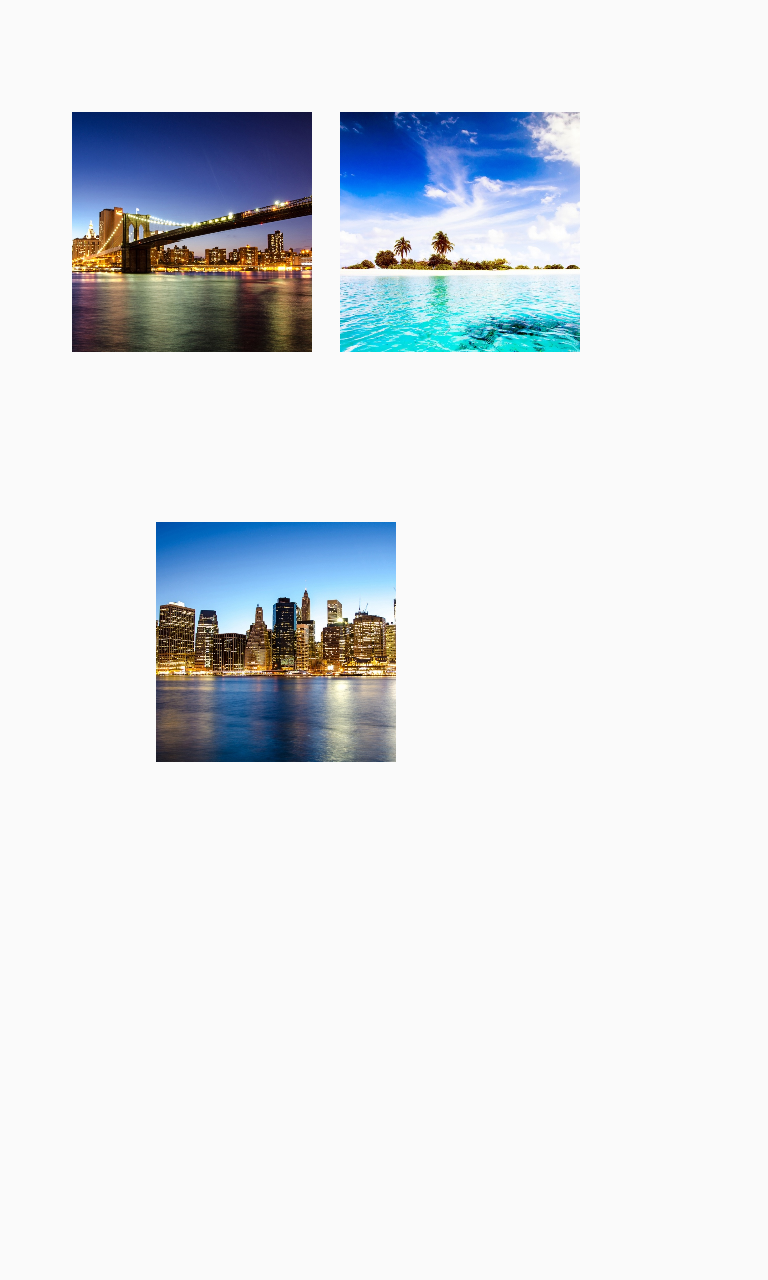
Repository: MarcSelles/nPuzzle10447768
Layout: NPuzzle10447768/res/layout/activity_main.xml
These files come from the project's save history. The layout is drawn as it stood at one moment and after the next save; the edit follows.
It is drawn on a 768 x 1280 px phone screen (xhdpi) without system bars, with theme AppTheme; the app's code is not run.

Above is the layout before, as saved 2014-11-22 17:58:18.

### NPuzzle10447768/res/layout/activity_main.xml
<RelativeLayout xmlns:android="http://schemas.android.com/apk/res/android"
    xmlns:tools="http://schemas.android.com/tools"
    android:layout_width="match_parent"
    android:layout_height="match_parent"
    android:paddingBottom="@dimen/activity_vertical_margin"
    android:paddingLeft="@dimen/activity_horizontal_margin"
    android:paddingRight="@dimen/activity_horizontal_margin"
    android:paddingTop="@dimen/activity_vertical_margin"
    tools:context="nl.mprog.projects.NPuzzle10447768.MainActivity" >

    <ImageView
        android:id="@+id/imageView1"
        android:layout_width="120dp"
        android:layout_height="120dp"
        android:layout_alignParentLeft="true"
        android:layout_alignParentTop="true"
        android:layout_marginLeft="20dp"
        android:layout_marginTop="40dp"
        android:scaleType="fitXY"
        android:src="@drawable/brooklyn_bridge" />

    <ImageView
        android:id="@+id/imageView2"
        android:layout_width="120dp"
        android:layout_height="120dp"
        android:layout_alignTop="@+id/imageView1"
        android:layout_marginLeft="14dp"
        android:layout_toRightOf="@+id/imageView1"
        android:scaleType="fitXY"
        android:src="@drawable/diggrini_island" />

    <ImageView
        android:id="@+id/imageView3"
        android:layout_width="120dp"
        android:layout_height="120dp"
        android:layout_alignLeft="@+id/imageView1"
        android:layout_below="@+id/imageView1"
        android:layout_marginLeft="42dp"
        android:layout_marginTop="85dp"
        android:scaleType="fitXY"
        android:src="@drawable/manhattan_skyline" />

</RelativeLayout>

Loaded but not shown: NPuzzle10447768/res/values/styles.xml (common file); NPuzzle10447768/res/values-v11/styles.xml (common file); NPuzzle10447768/res/values-v14/styles.xml (common file); NPuzzle10447768/res/values/dimens.xml (common file); NPuzzle10447768/res/values-w820dp/dimens.xml (common file)

After the next save:
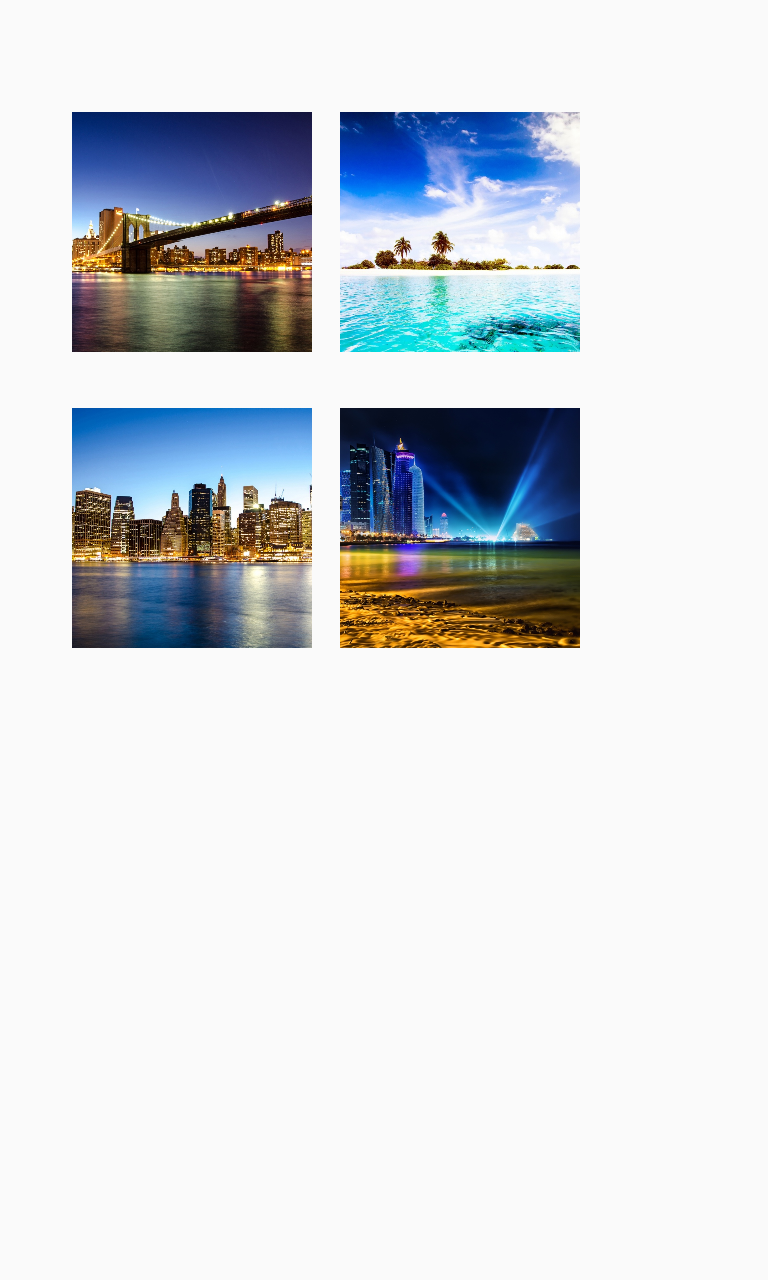
Saved 65 s later.
--- a/NPuzzle10447768/res/layout/activity_main.xml
+++ b/NPuzzle10447768/res/layout/activity_main.xml
@@ -33,11 +33,19 @@
         android:id="@+id/imageView3"
         android:layout_width="120dp"
         android:layout_height="120dp"
-        android:layout_alignLeft="@+id/imageView1"
         android:layout_below="@+id/imageView1"
-        android:layout_marginLeft="42dp"
-        android:layout_marginTop="85dp"
+        android:layout_marginTop="28dp"
+        android:layout_toLeftOf="@+id/imageView2"
         android:scaleType="fitXY"
         android:src="@drawable/manhattan_skyline" />
 
+    <ImageView
+        android:id="@+id/imageView4"
+        android:layout_width="120dp"
+        android:layout_height="120dp"
+        android:layout_alignLeft="@+id/imageView2"
+        android:layout_alignTop="@+id/imageView3"
+        android:scaleType="fitXY"
+        android:src="@drawable/qatar_skyline" />
+
 </RelativeLayout>
